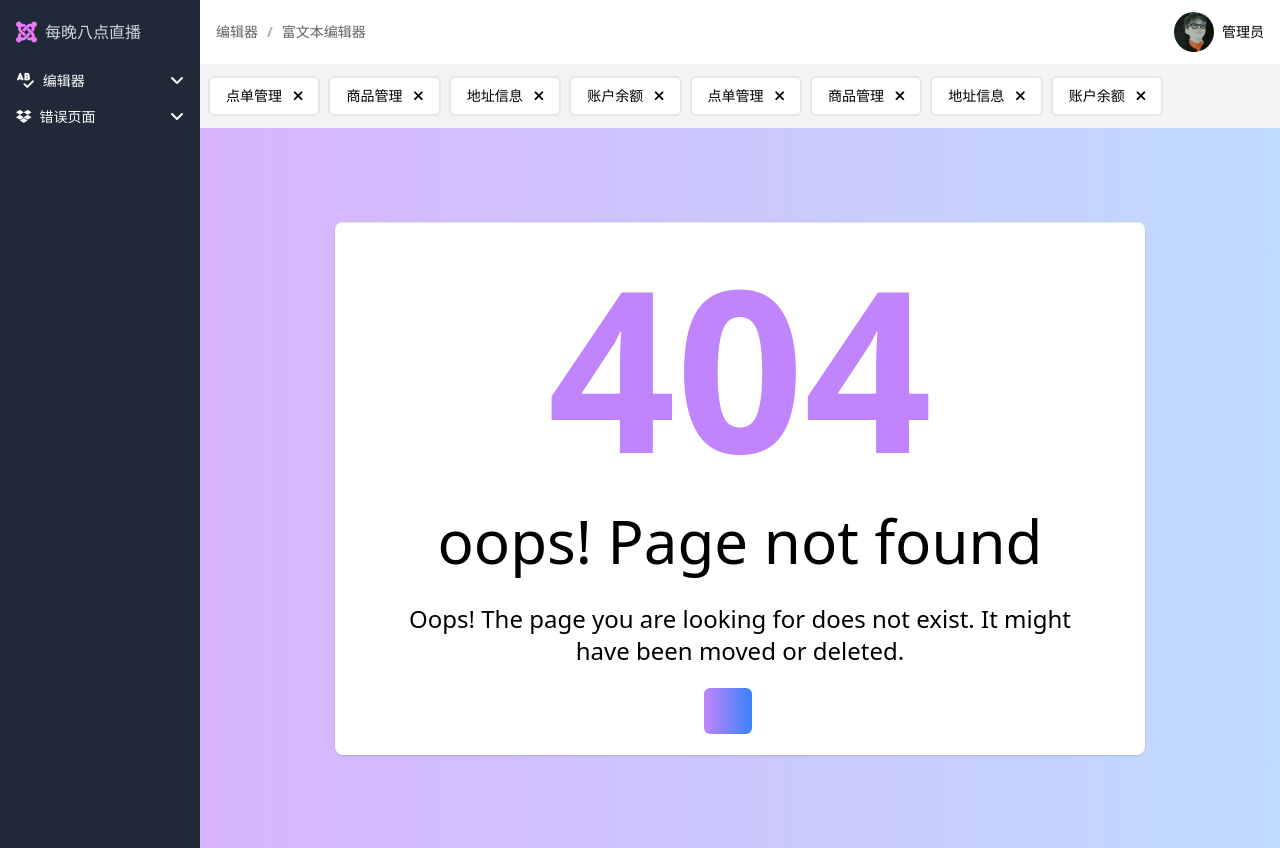
Repository: liangyingbo/vite-vue-TS
Page: /#/error/404
These files come from the project's save history. The page is drawn as it stood at one moment and after the next save; the edit follows.
The browser window is 1280 px wide. The pictures show the whole page.
The project was rebuilt for these pictures with package versions that can differ from the ones it lists, and the page was loaded fresh each time. Also part of the build but not shown: vite.config.ts, src/components/form/HdButton.vue, src/components/form/HdInput.vue, src/components/form/hdLink.vue, src/styles/global.scss.

Above is the page before, as saved 2022-11-20 11:53:32.

### index.html
<!DOCTYPE html>
<html lang="en">
  <head>
    <meta charset="UTF-8" />
    <link rel="icon" type="image/svg+xml" href="/vite.svg" />
    <meta name="viewport" content="width=device-width, initial-scale=1.0" />
    <link href="https://cdn.bootcdn.net/ajax/libs/font-awesome/6.2.0/css/all.css" rel="stylesheet">
    <title>Vite + Vue + TS</title>
  </head>
  <body>
    <div id="app"></div>
    <script src="https://cdn.bootcdn.net/ajax/libs/echarts/5.4.0/echarts.min.js"></script>
    <script type="module" src="/src/main.ts"></script>
  </body>
</html>

### src/main.ts
import { createApp } from 'vue'
import router, { setupRouter } from '@/router'
import { setupPlugins } from '@/plugins'
import '@/styles/global.scss'
import App from './App.vue'

async function bootstrap() {
    const app = createApp(App)
    setupRouter(app)
    setupPlugins(app)
    await router.isReady()
    app.mount('#app')
}
bootstrap()

### src/router/index.ts
import { App } from 'vue';
import { createRouter, createWebHashHistory } from 'vue-router'
import routes from './routes';
import layoutRoutes from './autoLoad/index';
import guard from './guard';
const router = createRouter({
    history: createWebHashHistory(),
    routes : [...routes,...layoutRoutes]
})
export function setupRouter(app:App){

    guard(router)
    app.use(router)
}

export default router;

### src/plugins/index.ts
import { App } from "vue";
import setupElementPlus from "./elementPlusUI";
import setupPinia from "./pinia";
import { setupTailWindCssPlugin } from "./tailwindcss";

export function setupPlugins(app: App) {
    autoRegisterComponent(app)
    setupTailWindCssPlugin()
    setupElementPlus(app)
    setupPinia(app)
}



function autoRegisterComponent(app: App) {
    const components = import.meta.glob('../components/form/*.vue', { eager: true })
    Object.keys(components).forEach(key => {
        const name = key.split('/').pop()?.split('.')[0] as string

        app.component(name, components[key]?.default)

    })
}

### src/App.vue
<script setup lang="ts">

// import {info} from '@/apis/userApi'

//const response =  info()
// console.log(response.then(res=>res.data.age))
// console.log()

 </script>

 <template>

    <router-view ></router-view>
 </template>

<style scoped>
</style>

### src/router/routes.ts
import { RouteRecordRaw } from "vue-router"
 const routes = [
    {
        path:'/home',
        name:'home',
        component:() => import("@/views/home.vue"),
        meta:{auth:true}
    },
    {
        path:'/login',
        name:'login',
        component:() => import("@/views/auth/login.vue"),
        meta:{guest:true}
    }
]  as  RouteRecordRaw[]

export default routes

### src/router/autoLoad/index.ts
import { RouteRecordRaw } from "vue-router";
import autoLoadRoutesByModule from "./module";
import getRoutes from './view'

let routes = [] as RouteRecordRaw[];

if (import.meta.env.VITE_AUTOLOAD === true || import.meta.env.VITE_AUTOLOAD === 'true') {
    routes = getRoutes()
} else {
    routes = autoLoadRoutesByModule()
}
export default routes

### src/router/guard.ts
import { RouteLocationNormalized, Router } from "vue-router"
import { get } from '../utils/store'

class Guard {
    constructor(private router: Router) { }

    private forEach(to: RouteLocationNormalized, from: RouteLocationNormalized) {
        if (this.isLogin(to) === false) return { name: 'login' }
        if (this.isGuest(to) === false) return from
    }

    public run() { this.router.beforeEach(this.forEach.bind(this)) }

    private isLogin(route: RouteLocationNormalized) {
        console.log(route.meta)
        return Boolean(!route.meta.auth || (route.meta.auth && this.token()))
    }
    private isGuest(route: RouteLocationNormalized) {
        return Boolean(!route.meta.guest || (route.meta.guest && !this.token()))
    }

    private token(): string | null {
        const token = get('token')?.token
        return token
    }
}

export default (router: Router) => {
    new Guard(router).run()
}

### src/plugins/elementPlusUI/index.ts
import { App } from "vue";
import ElementPlus from 'element-plus'
import 'element-plus/dist/index.css'


export default function setupElementPlus(app: App) {
    app.use(ElementPlus)
}

### src/plugins/pinia/index.ts
import { App } from "vue";
import { createPinia } from 'pinia'

export default function setupPinia(app: App) {
    app.use(createPinia())
}

### src/plugins/tailwindcss/index.ts
import './tailwindcss.css'

export function setupTailWindCssPlugin(){

}

### src/router/autoLoad/module.ts
import { RouteRecordRaw } from "vue-router"

export default function autoLoadRoutesByModule() {
    const moduleRoute = import.meta.glob('../module/*.ts',{eager:true})
    const route = [] as RouteRecordRaw[]
    Object.keys(moduleRoute).forEach(key =>{
        route.push(moduleRoute[key]?.default)
    })
    return route
}

### src/router/autoLoad/view.ts
import { RouteRecordRaw } from "vue-router";


const layout = import.meta.glob('../../layouts/*vue')
const children = import.meta.glob('../../views/**/*.vue')

function getRoutes() {
    const layoutRoutes = [] as RouteRecordRaw[]
     Object.entries(layout).forEach(([file, module]) => {
        const route = getRouteByModule(file, module)
         route.children = getChildrenRoutes(route)
        layoutRoutes.push(route)
    })
    return layoutRoutes
}


// 根据布局路由匹配子路由
function getChildrenRoutes(layoutRoute: RouteRecordRaw) {
    const routes = [] as RouteRecordRaw[]
    Object.entries(children).forEach(([file, module]) => {
        if (file.includes(`../views/${layoutRoute.name as string}`)) {
            const route = getRouteByModule(file, module)
            routes.push(route)
        }
    })
    return routes
}

function getRouteByModule(file: string, module: () => Promise<unknown>) {
    const name = file.replace(/.+layouts\/|.+views\/|\.vue/gi, '')
    const route = {
        name: name.replace('/', '.'),
        path: `/${name}`,
        component: module
    } as RouteRecordRaw
    console.log(route)
    return route
}
export default getRoutes

### src/utils/store.ts

interface IData  {
    expire:number,
    [key: string]: any
}

function set(key: string,data:IData):void {
    if(data.expire){
        const now = new Date().getTime()
        data.expire = now + data.expire * 1000
        localStorage.setItem(key,JSON.stringify(data))
    }
}

function get(key:string):IData | null{
  const item = localStorage.getItem(key)
  if(item){
    const  data = JSON.parse(item)
    if(data?.expire){
            if(data.expire < new Date().getTime()){
                localStorage.removeItem(key)
                return null
            }
            return data
    }
    return null
  }
  return null
}

export  {set ,get}

### src/router/module/admin.ts
import { RouteRecordRaw } from "vue-router";

export default {
    name:'admin',
    path:'/admin',
    component: () => import('@/layouts/admin.vue'),
    meta:{auth:true},
    children:[
        {
            name:'admin/home',
            path:'home',
            component:() => import("@/views/admin/home.vue")
        }
    ]
} as RouteRecordRaw

### src/router/module/editor.ts
import { RouteRecordRaw } from "vue-router";

export default {
    name: 'editor',
    path: '/editor',
    component: () => import('@/layouts/editor.vue'),
    meta: { title: '编辑器', icon: 'fas fa-spell-check', show: true },
    children: [
        {
            name: 'editor/markdown',
            path: 'markdown',
            component: () => import("@/views/editor/markdown.vue"),
            meta: { title: 'markdown', show: true },
        },
        {
            name: 'editor/base',
            path: 'base',
            component: () => import("@/views/editor/base.vue")
        },
    ]
} as RouteRecordRaw

### src/router/module/errors.ts
import { RouteRecordRaw } from "vue-router";

export default {
    name: 'error',
    path: '/error',
    component: () => import('@/layouts/admin.vue'),
    meta: { show: true, title: '错误页面', icon: 'fab fa-dropbox' },
    children: [
        {
            name: 'error.404',
            path: '404',
            component: () => import("@/views/errors/404.vue"),
            meta: { show: true, title: '404页面', icon: 'fab fa-dropbox' },
        },
        {
            name: 'error.403',
            path: '403',
            component: () => import("@/views/errors/403.vue")
        },
        {
            name: 'error.500',
            path: '500',
            component: () => import("@/views/errors/500.vue")
        }
    ]
} as RouteRecordRaw

### src/layouts/admin.vue
<template>
  <div class="admin w-screen min-h-screen flex overflow-hidden">
    <menu-component class="hidden md:block"/>
    <div class="bg-gray-100 flex-1">
      <navbar />
      <HistoryLink class="hidden md:block"/>
      <div class="mt-3 px">
        <router-view></router-view>
      </div>
    </div>
  </div>
</template>

<script lang="ts" setup>
import HistoryLink from "./admin/historyLink.vue";
import menuComponent from "./admin/menu.vue";
import navbar from "./admin/navbar.vue";
</script>

<style lang="scss" scoped></style>

### src/views/errors/404.vue
<template>
  <div>
    <div class="bg-gradient-to-r from-purple-300 to-blue-200">
      <div
        class="m-auto flex min-h-screen w-9/12 items-center justify-center py-16"
      >
        <div class="overflow-hidden bg-white pb-8 shadow sm:rounded-lg">
          <div class="border-t border-gray-200 pt-8 text-center">
            <h1 class="text-9xl font-bold text-purple-400">404</h1>
            <h1 class="py-8 text-6xl font-medium">oops! Page not found</h1>
            <p class="px-12 pb-8 text-2xl font-medium">
              Oops! The page you are looking for does not exist. It might have
              been moved or deleted.
            </p>
            <router-link
              to=""
              class="mr-6 rounded-md bg-gradient-to-r from-purple-400 to-blue-500 px-6 py-3 font-semibold text-white hover:from-pink-500 hover:to-orange-500"
            ></router-link>

          </div>
        </div>
      </div>
    </div>
  </div>
</template>

<script lang="ts" setup></script>

<style lang="scss" scoped>
.text-9xl {
  font-size: 14rem;
}
@media (max-width: 645px) {
  .text-9xl {
    font-size: 5.75rem;
  }
  .text-6xl {
    font-size: 1.75rem;
  }
  .text-2xl {
    font-size: 1rem;
    line-height: 1.2rem;
  }
  .py-8 {
    padding-top: 1rem;
    padding-bottom: 1rem;
  }
  .px-6 {
    padding-left: 1.2rem;
    padding-right: 1.2rem;
  }
  .mr-6 {
    margin-right: 0.5rem;
  }
  .px-12 {
    padding-left: 1rem;
    padding-right: 1rem;
  }
}
</style>

### src/layouts/admin/historyLink.vue
<template>
  <div>
    <div class="mt-3 ml-2 grid grid-flow-col justify-start gap-2">
      <a
        v-for="(l, index) of list"
        :key="index"
        href=""
        class="bg-white border-2 px-4 py-2 rounded-md cursor-pointer text-sm"
        >{{ l.title }}
        <i class="fas fa-xmark ml-2"></i>
      </a>
    </div>
  </div>
</template>

<script lang="ts" setup>
import { ref } from "vue";

const list = ref<{ title: string }[]>([
  {
    title: "点单管理",
  },
  {
    title: "商品管理",
  },
  {
    title: "地址信息",
  },
  {
    title: "账户余额",
  },
  {
    title: "点单管理",
  },
  {
    title: "商品管理",
  },
  {
    title: "地址信息",
  },
  {
    title: "账户余额",
  },
]);
</script>

<style lang="scss" scoped></style>

### src/layouts/admin/menu.vue
<template>
      <div class="w-[200px] py-2 bg-gray-800">
      <div class="text-white flex items-center py-2 px-4">
        <i class="fab fa-joomla text-2xl text-fuchsia-400 mr-2"></i>
        <span class="text-base text-gray-300">每晚八点直播</span>
      </div>
      <div class="left-container">
        <dl v-for="(route, index) of routerStore.routes" :key="index">
          <dt @click="handle(route)">
            <div>
              <i :class="route.meta.icon" class="text-[15px]"></i>
              <span class="ml-2 text-[14px]">{{ route.meta.title }}</span>
            </div>
            <i class="fas fa-angle-down duration-500" :class="{'rotate-180':route.meta.isClick}" ></i>
          </dt>
          <dd
            v-show="route.meta.isClick"
            :class="{ active: routeChild.meta?.isClick }"
            v-for="(routeChild, key) in route.children"
            :key="key"
            @click="handle(route,routeChild)"
          >
            {{ routeChild.meta?.title }}
          </dd>
        </dl>
      </div>
    </div>
</template>


<script lang="ts" setup>
import { ref } from "vue";
import { router } from '@/store/router';
import { RouteRecordNormalized, RouteRecordRaw, useRouter } from "vue-router";

const routerStore = router()
const routerServer = useRouter()


const handle = (pRoute: RouteRecordNormalized , cRoute?:RouteRecordRaw ) => {
  resetMenu();
  pRoute.meta.isClick = true;
  if(cRoute && cRoute.meta){
    cRoute.meta.isClick = true;
    console.log(cRoute)
    routerServer.push(cRoute)

  }
};

const resetMenu = () => {
  routerStore.routes.forEach(route => {
    route.meta.isClick = false;
    route.children?.forEach(route => {
     if(route.meta) route.meta.isClick = false
    });
  });
};
</script>


<style lang="scss" scoped>
.admin {
  .left-container {
    dl {
      @apply text-white mt-3 mx-4;
      dt {
        @apply flex justify-between items-center cursor-pointer;
      }
      dd {
        @apply my-2 px-4 py-2 rounded-md text-gray-200 cursor-pointer  hover:bg-violet-600 duration-300 text-sm;
        &.active {
          @apply bg-violet-400;
        }
      }
    }
  }
}
</style>

### src/layouts/admin/navbar.vue
<template>
  <div class="flex justify-between px-4 py-3 bg-white">
    <el-breadcrumb separator="/" class="flex items-center">
      <el-breadcrumb-item>编辑器</el-breadcrumb-item>
      <el-breadcrumb-item>富文本编辑器</el-breadcrumb-item>
    </el-breadcrumb>
    <div class="flex items-center justify-center relative group">
      <img src="images/avatar.jpg" class="w-10 h-10 rounded-full" />
      <span class="text-sm ml-2">管理员</span>

      <section
        class="group-hover:block absolute px-2 py-2 top-full whitespace-nowrap cursor-pointer border-2 rounded-md border-gray-500 hidden"
      >
        <div class="flex items-center border-2 b">
          <i class="fab fa-github-alt mr-2 text-lg"></i>
          <a class="text-sm text-gray-600">网站首页</a>
        </div>
        <div class="flex items-center">
          <i class="fab fa-github-alt mr-2 text-lg"></i>
          <a class="text-sm text-gray-600">用户中心</a>
        </div>
        <div class="flex items-center">
          <i class="fab fa-github-alt mr-2 text-lg"></i>
          <a class="text-sm text-gray-600">会员中心</a>
        </div>
      </section>
    </div>
  </div>
</template>

<script lang="ts" setup></script>

<style lang="scss" scoped></style>

### src/store/router.ts
import { defineStore } from 'pinia'
import { useRouter } from 'vue-router'


export const router = defineStore('router', {
    state: () => {
        return {
            routes: getRoutes()
        }
    },
})

function getRoutes() {
    const router = useRouter()
    const  routes = router.getRoutes().filter(route => route.children.length >0 && route.meta.show).map(route => {
       route.children =  route.children.filter(c=>c.meta?.show)

       return route
    })
    return routes.filter(route => route.children.length)
}

Loaded but not shown: src/plugins/tailwindcss/tailwindcss.css (common file); tailwind.config.cjs (common file)

After the next save:
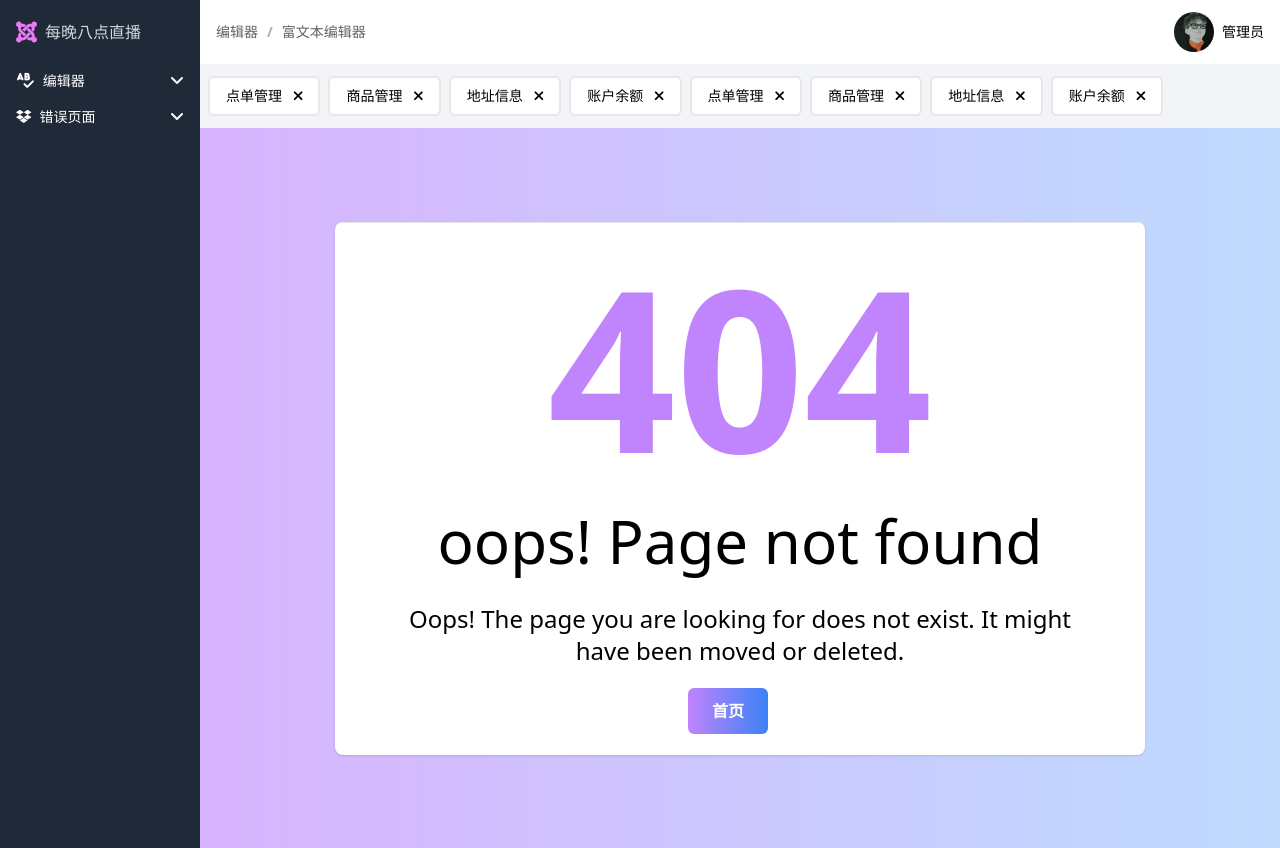
Saved 12 s later.
--- a/src/views/errors/404.vue
+++ b/src/views/errors/404.vue
@@ -15,7 +15,7 @@
             <router-link
               to=""
               class="mr-6 rounded-md bg-gradient-to-r from-purple-400 to-blue-500 px-6 py-3 font-semibold text-white hover:from-pink-500 hover:to-orange-500"
-            ></router-link>
+            >首页</router-link>
 
           </div>
         </div>
